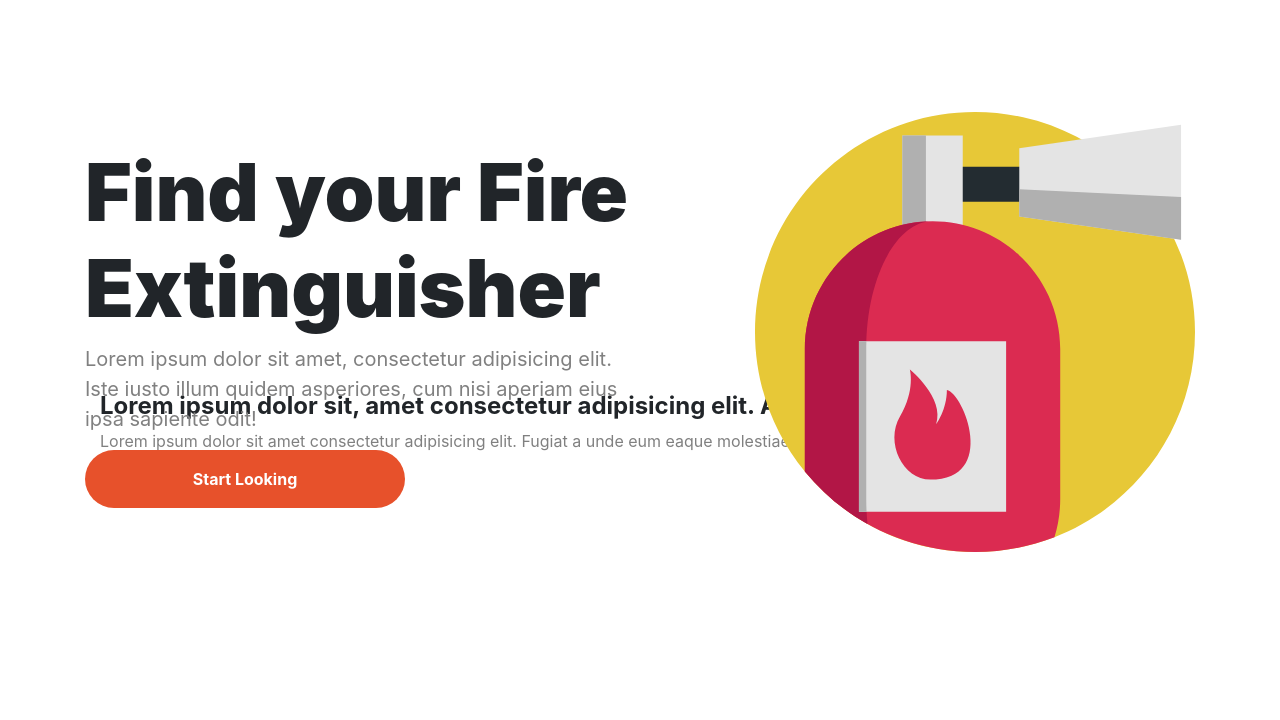
Repository: tomas938/Nuxt-crash-app
Page: /
An editor plug-in stored every save of this project. The page is shown before and after the next save, followed by the edit.
The browser window is 1280 px wide. The pictures show the whole page.
The project was rebuilt for these pictures with package versions that can differ from the ones it lists, and the page was loaded fresh each time. The framework's server and built-in components were replaced by stand-ins that run in the browser. Also part of the build but not shown: nuxt.config.js.

Above is the page before, as saved 2021-08-29 12:05:54.

After the next save:
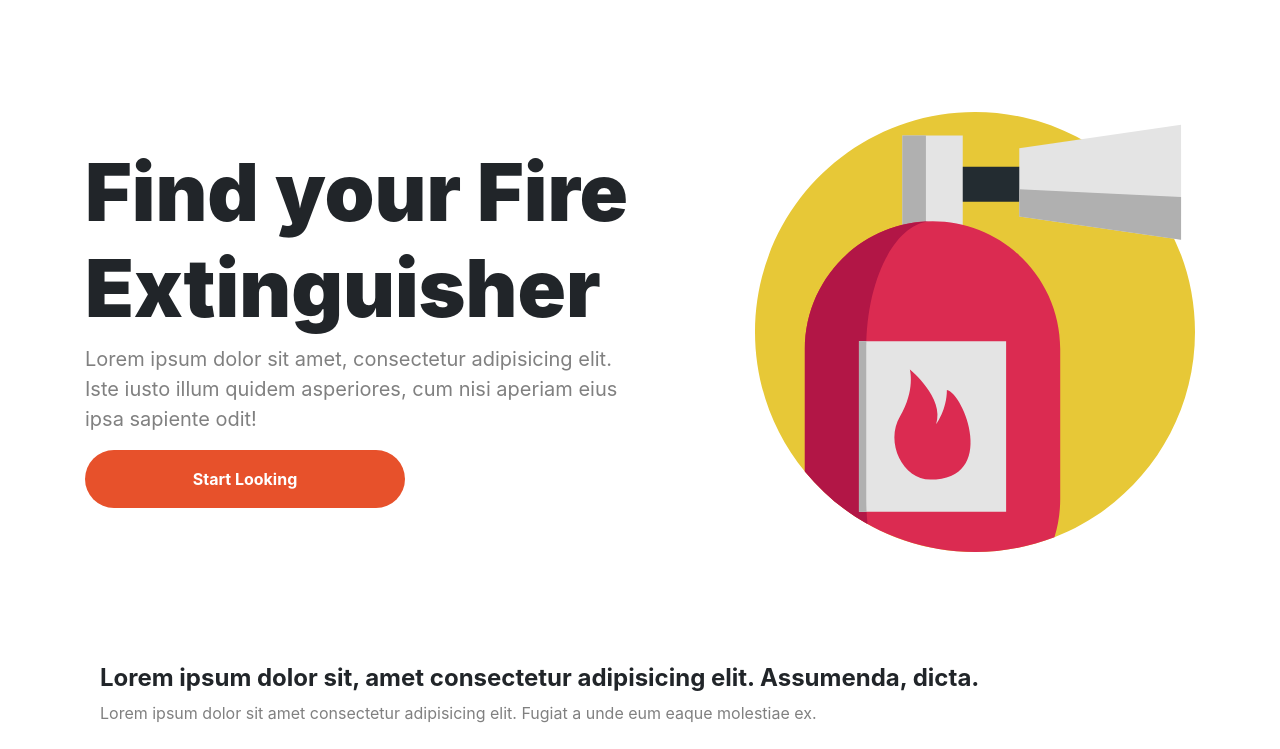
Saved 98 s later.
--- a/components/Hero.vue
+++ b/components/Hero.vue
@@ -18,7 +18,6 @@ export default {}
 
 <style scoped>
 .Hero {
-  height: 50vh;
   position: relative;
   display: flex;
   padding: 5rem 0;
